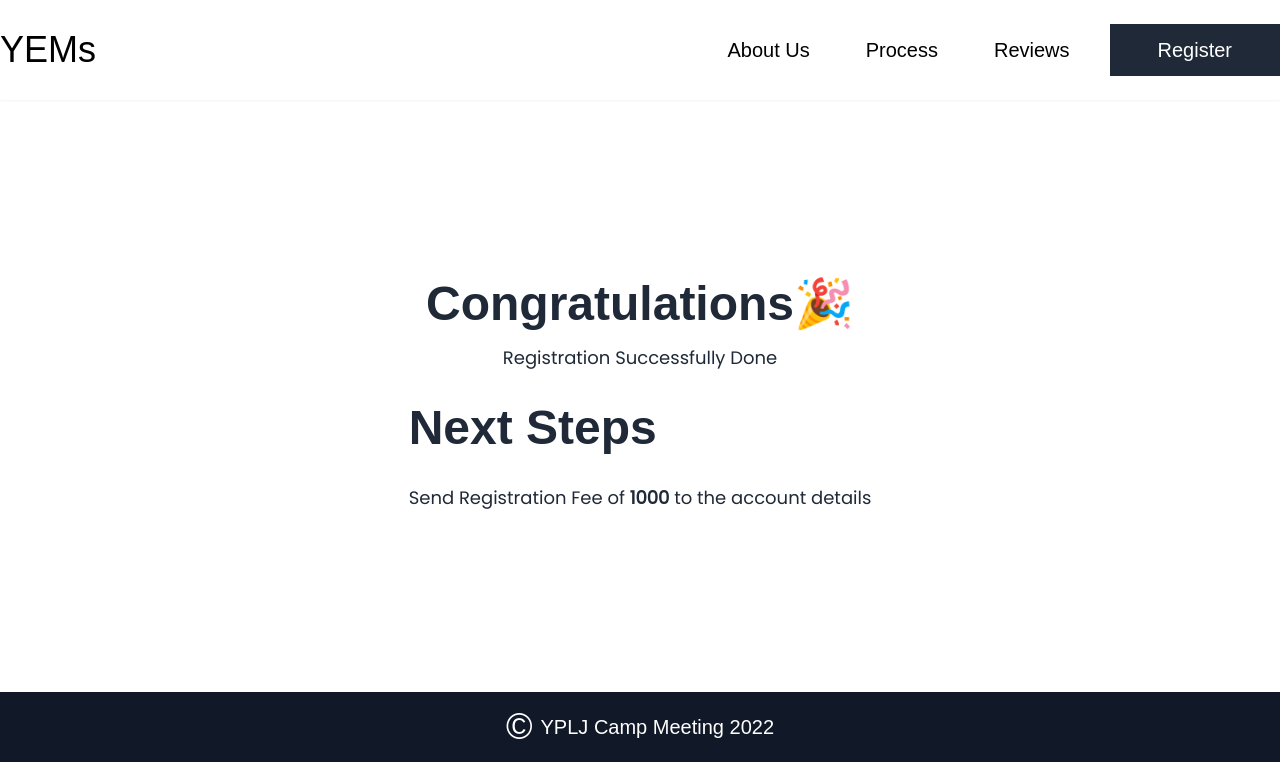
Repository: Ifenna-Pascal/user-camp-onboarding
Page: /dashboard
The author's editor kept a copy of each file at every save. The page is drawn from the files as they stood at one save, then again after the next save.
The browser window is 1280 px wide. The pictures show the whole page.
Some web fonts or font styles are not loaded; a fallback is used. The project was rebuilt for these pictures with package versions that can differ from the ones it lists, and the page was loaded fresh each time. The framework's server and built-in components were replaced by stand-ins that run in the browser. Also part of the build but not shown: next.config.js.

Above is the page before, as saved 2022-11-27 08:13:34.

### pages/_app.js
import Mainlayout from "../components/layout";
import "../styles/globals.css";
import "remixicon/fonts/remixicon.css";

function MyApp({ Component, pageProps }) {
  return (
    <Mainlayout>
      <Component {...pageProps} />
    </Mainlayout>
  );
}

export default MyApp;

### pages/dashboard.jsx
import React from "react";

function Dashboard() {
  return (
    <div className="min-h-[80vh] flex  flex-col items-center justify-center">
      <h1 className="text-gray-800 text-center lg:text-left text-2xl lg:text-5xl font-semibold font-sono block ">
        Congratulations🎉
      </h1>
      <p className="block text-base  lg:text-lg text-center font-poppins text-gray-800 leading-[30px] py-2 lg:py-4">
        Registration Successfully Done
      </p>
      <div>
        <h1 className="text-gray-800 text-center py-4 lg:text-left text-2xl lg:text-5xl font-semibold font-sono block ">
          Next Steps{" "}
        </h1>
        <p className="block text-base  lg:text-lg text-center font-poppins text-gray-800 leading-[30px] py-2 lg:py-4">
          Send Registration Fee of <strong>1000</strong> to the account details
        </p>
      </div>
    </div>
  );
}

export default Dashboard;

### components/layout/index.jsx
import React from "react";
import Footer from "./Footer";
import Nav from "./Nav";

function Mainlayout({ children }) {
  return (
    <div className="relative">
      <Nav />
      <main>{children}</main>
      <Footer />
    </div>
  );
}

export default Mainlayout;

### styles/globals.css
@import url('https://fonts.googleapis.com/css2?family=Poppins&family=Sono:wght@400;500&display=swap');
@import url('https://fonts.googleapis.com/css2?family=Montserrat&family=Source+Sans+Pro&display=swap');

* {
  padding: 0;
  margin: 0;
  box-sizing: border-box;
  scroll-behavior: smooth;
}

html,
body {
  padding: 0;
  margin: 0;
  font-family: -apple-system, BlinkMacSystemFont, Segoe UI, Roboto, Oxygen,
    Ubuntu, Cantarell, Fira Sans, Droid Sans, Helvetica Neue, sans-serif;
}

a {
  color: inherit;
  text-decoration: none;
}

* {
  box-sizing: border-box;
}

@media (prefers-color-scheme: dark) {
  html {
    color-scheme: dark;
  }
  body {
    color: white;
    background: black;
  }
}

@tailwind base;
@tailwind components;
@tailwind utilities;

### components/layout/Footer.jsx
import React from "react";

function Footer() {
  return (
    <div className="bg-gray-900 w-full h-[70px]  flex items-center justify-center">
      <p className="text-center flex items-center text-white font-sono text-xl">
        {" "}
        <span className="text-4xl mr-2">&copy;</span> YPLJ Camp Meeting 2022{" "}
      </p>
    </div>
  );
}

export default Footer;

### components/layout/Nav.jsx
import Link from "next/link";
import { useRouter } from "next/router";
import React, { useState } from "react";
import Button from "../general/Button";
import NavLink from "../general/NavLink";

function Nav() {
  const [show, setShow] = useState(false);
  const router = useRouter();
  const toggle = () => {
    setShow(!show);
  };
  return (
    <div className="lg:sticky  top-0 w-full shadow-sm mb-4 z-50 px-6 lg:px-0 bg-white">
      <nav className="w-full lg:py-6 py-5 flex items-center  lg:max-w-[1450px] lg:mx-auto justify-between">
        <Link href="/">
          {" "}
          <h1 className="font-sono text-2xl lg:text-4xl ">YEMs</h1>
        </Link>
        <ul className="lg:flex items-center hidden justify-between">
          <NavLink href="/#home" name="About Us" />
          <NavLink href="/#process" name="Process" />
          <NavLink href="/#reviews" name="Reviews" />
          <Link href="/register">
            <Button text="Register" />
          </Link>
        </ul>
        <button
          className='block md:hidden className="w-full px-2 py-1 rounded-lg text-AP-grey-200 hover:text-AP-blue-200 border-AP-grey-200 hover:border-AP-blue-400'
          onClick={toggle}
        >
          <i
            className={`${
              !show ? "ri-menu-3-fill duration-500" : "ri-close-line"
            } text-2xl text-gray-800`}
          />
        </button>
      </nav>
      <div
        className={`flex lg:hidden ${
          show
            ? "flex duration-500  flex-col items-center space-y-8 pt-2 "
            : "hidden"
        }`}
      >
        <NavLink href="/#home" name="About Us" />
        <NavLink href="/#process" name="Process" />
        <NavLink href="/#reviews" name="Reviews" />
        {/* {router.pathname !== "/register" && (
          <Link href="/register">
            <Button text="Register" onClick={() => setShow(false)} />
          </Link>
        )} */}
      </div>
    </div>
  );
}

export default Nav;

### components/general/Button.jsx
import React from "react";

function Button({ text, ...rest }) {
  return (
    <button
      className="bg-gray-800 px-12 py-3 hover:bg-white hover:text-black hover:border hover:border-black duration-500 hover:ease-in-out text-white font-sono text-xl"
      {...rest}
    >
      {text}
    </button>
  );
}

export default Button;

### components/general/NavLink.jsx
import Link from "next/link";
import React from "react";

function NavLink({ href, name }) {
  return (
    <Link href={href}>
      <span className="text-black px-4 text-xl font-sono mr-6 font-500">
        {name}
      </span>
    </Link>
  );
}

export default NavLink;

### tailwind.config.js
/** @type {import('tailwindcss').Config} */
module.exports = {
  content: [
    "./pages/**/*.{js,ts,jsx,tsx}",
    "./components/**/*.{js,ts,jsx,tsx}",
  ],

  theme: {
    extend: {
      fontFamily: {
        sono: ["Sono", "sans-serif"],
        poppins: ["Poppins", "sans-serif"],
        montserat: ["Montserrat", "sans-serif"],
      },
    },
  },
  plugins: [],
};

After the next save:
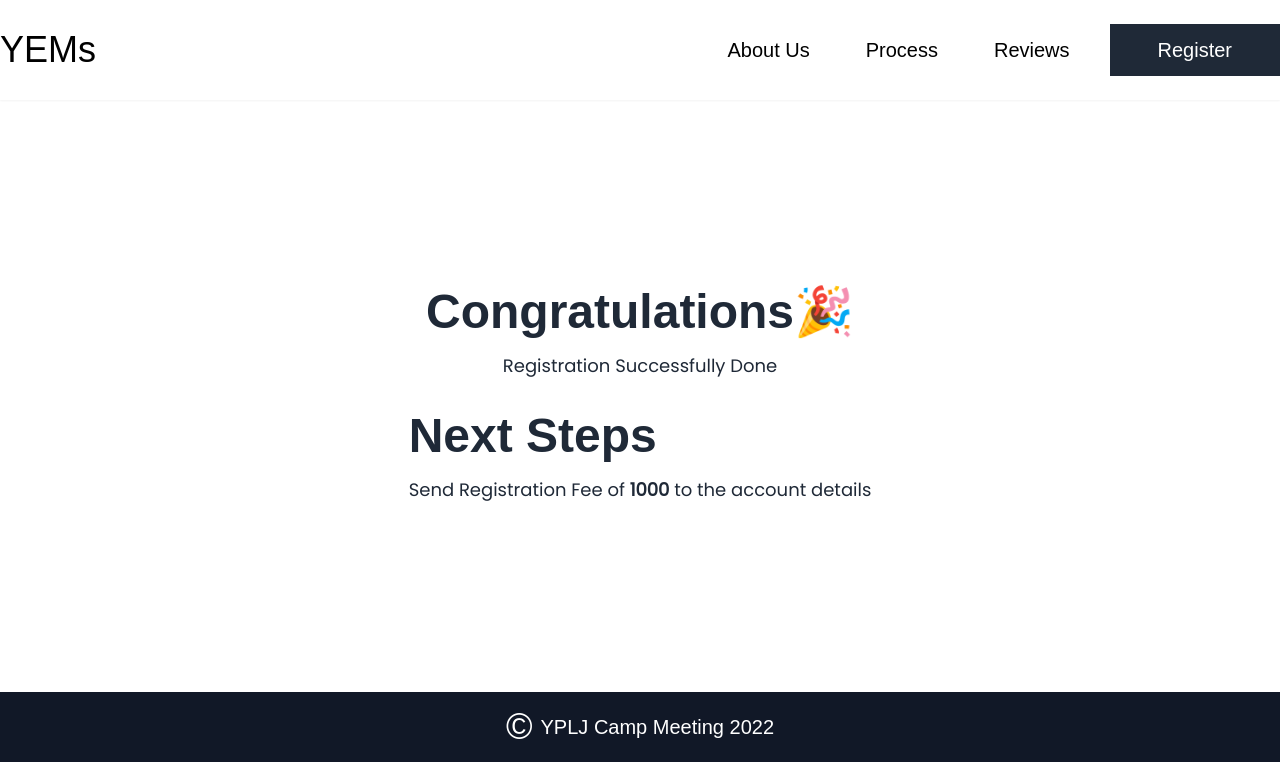
Saved 10 s later.
--- a/pages/dashboard.jsx
+++ b/pages/dashboard.jsx
@@ -10,7 +10,7 @@ function Dashboard() {
         Registration Successfully Done
       </p>
       <div>
-        <h1 className="text-gray-800 text-center py-4 lg:text-left text-2xl lg:text-5xl font-semibold font-sono block ">
+        <h1 className="text-gray-800 text-center pt-4 lg:text-left text-2xl lg:text-5xl font-semibold font-sono block ">
           Next Steps{" "}
         </h1>
         <p className="block text-base  lg:text-lg text-center font-poppins text-gray-800 leading-[30px] py-2 lg:py-4">
